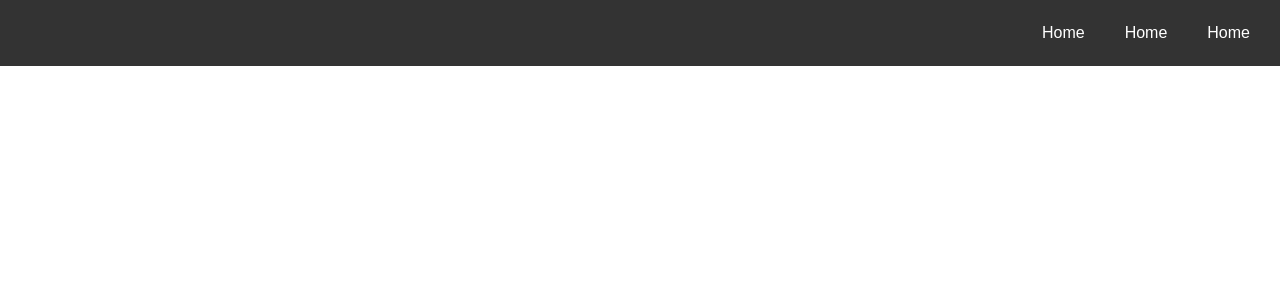
Repository: gustavotwist/design-youtube
Page: assets/index.html
An editor plug-in stored every save of this project. The page is shown before and after a run of saves, followed by the edit.
The browser window is 1280 px wide. The pictures show the whole page.

Above is the page before, as saved 2024-07-26 17:50:22.

After the next 2 saves:
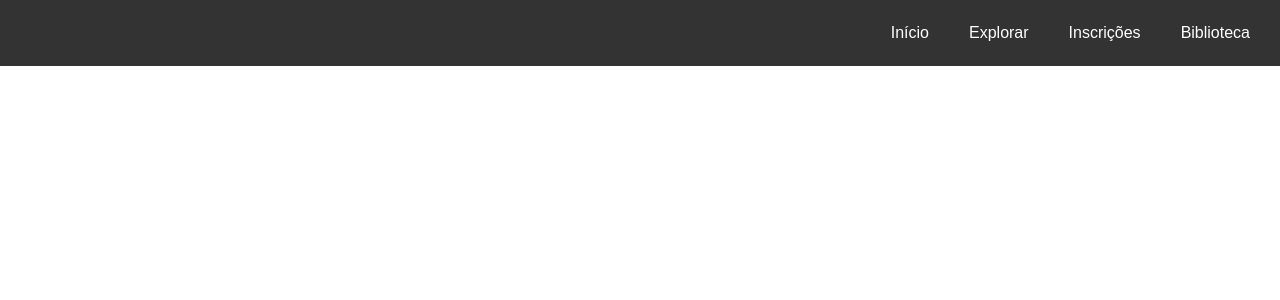
The 2 saves are shown as one change because they came seconds apart.
The last was saved 2 min 5 s later.
--- a/assets/index.html
+++ b/assets/index.html
@@ -8,15 +8,17 @@
 </head>
 <body>
     <nav class="navbar">
-        <div class="menu-toggle" id="menu-toggle">
+        <input type="checkbox" id="menu-toggle" class="menu-toggle">
+        <label for="menu-toggle" class="menu-icon">
             <span class="bar"></span>
             <span class="bar"></span>
             <span class="bar"></span>
-        </div>
-        <ul class="nav-menu" id="nav-menu">
-            <li><a href="#">Home</a></li>
-            <li><a href="#">Home</a></li>
-            <li><a href="#">Home</a></li>
+        </label>
+        <ul class="nav-menu">
+            <li><a href="#">Início</a></li>
+            <li><a href="#">Explorar</a></li>
+            <li><a href="#">Inscrições</a></li>
+            <li><a href="#">Biblioteca</a></li>
         </ul>
     </nav>
 
